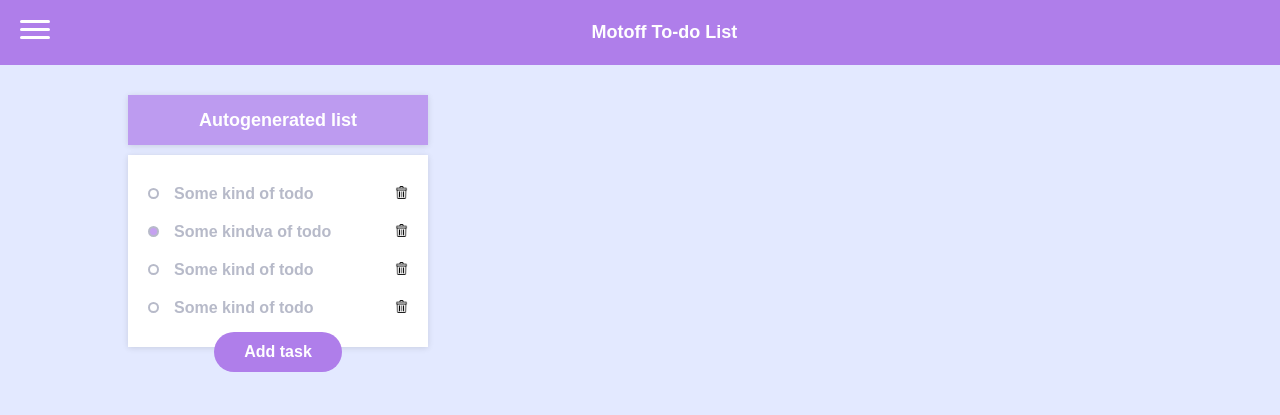
Repository: Amad-Mlinka/Todo-List-Vanilla-JS
Page: index.html
These files come from the project's save history. The page is drawn as it stood at one moment and after the next save; the edit follows.
The browser window is 1280 px wide. The pictures show the whole page.
The pointer rests on the first visible `.addBtnContainer`.
The page's requests for data from a server got no answer.

Above is the page before, as saved 2021-09-15 01:37:33.

After the next save:
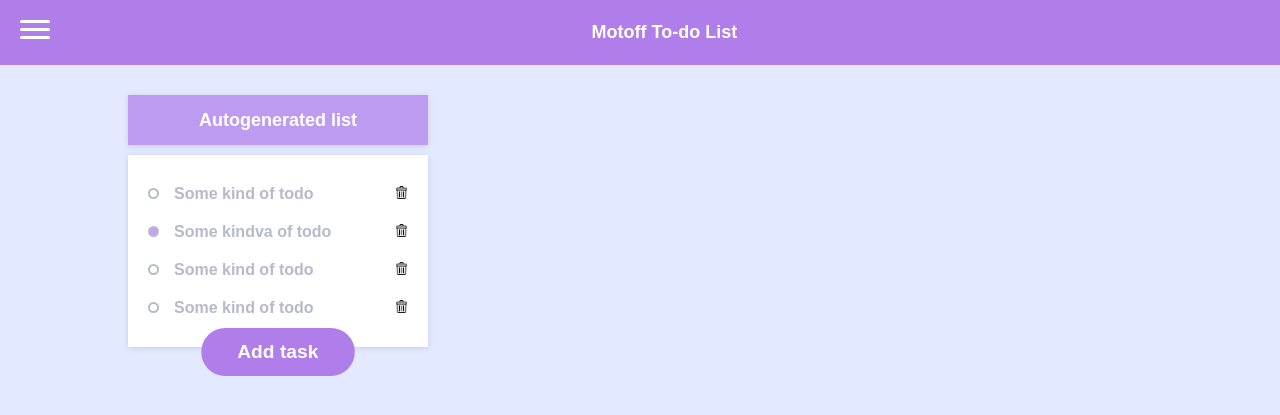
Saved 38 s later.
--- a/styles/style.css
+++ b/styles/style.css
@@ -103,3 +103,6 @@ body {
   align-items: center;
   cursor: pointer;
 }
+.addBtnContainer:hover{
+  transform: scale(1.2);
+}
